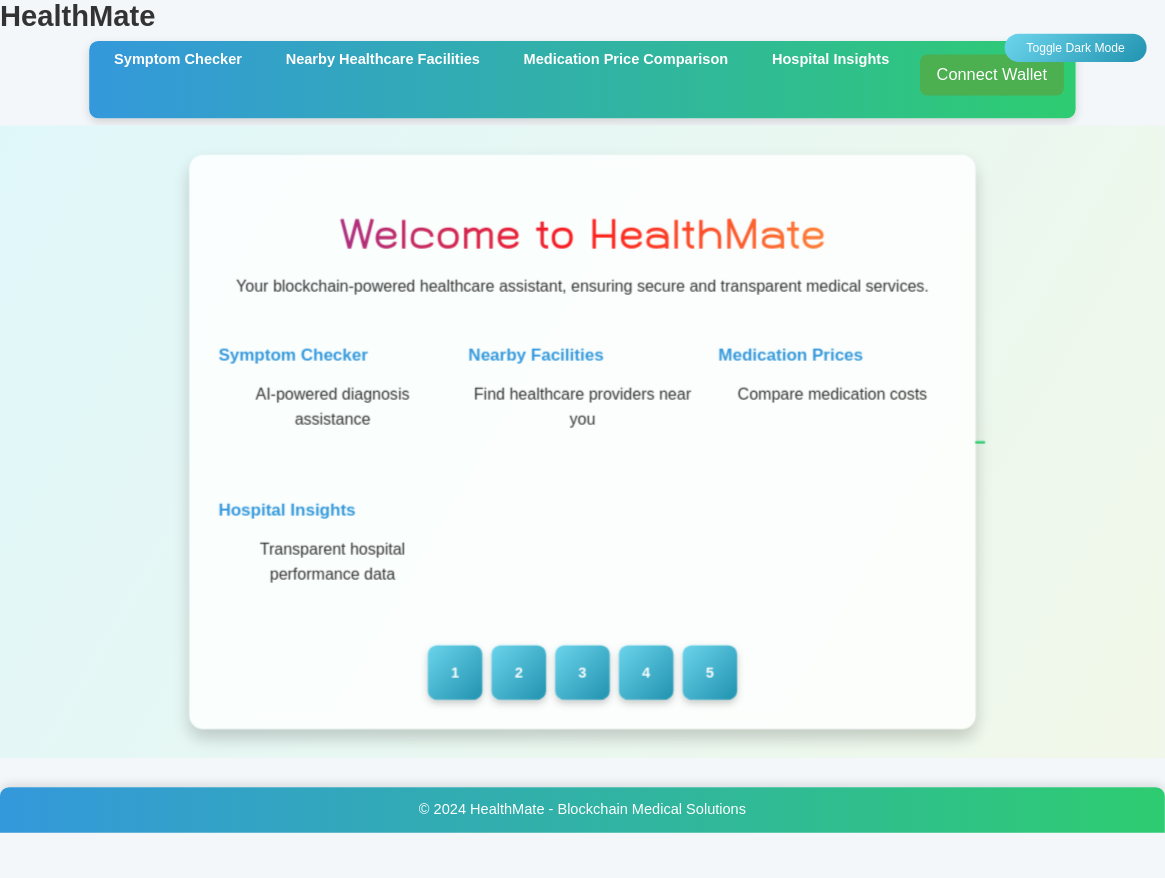
Repository: tmanas06/EP-PROJECT
Page: http://localhost/Medicine_Management_Application/WEB-INF/index.jsp
These files come from the project's save history. The page is drawn as it stood at one moment and after the next save; the edit follows.
The browser window is 1280 px wide. The pictures show the whole page, at 91% of full size.
Some icons come from a web library that is not loaded, so they are not drawn. Some web fonts or font styles are not loaded; a fallback is used. The page is served by Tomcat 9. Nobody is signed in. The template is opened directly, without the code that normally fills it, so the values that code supplies are empty.

Above is the page before, as saved 2024-12-05 17:49:33.

After the next save:
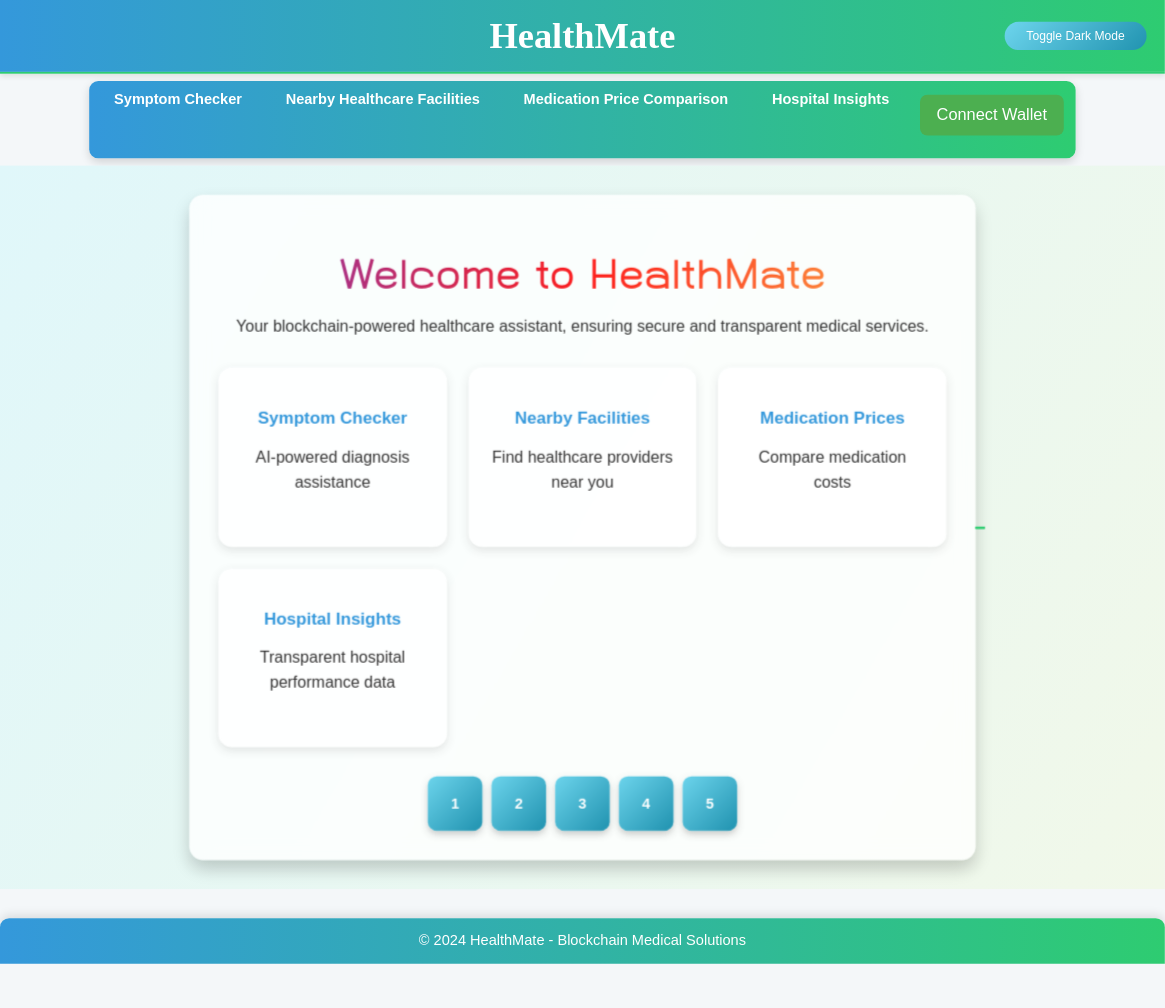
Saved 101 s later.
--- a/Medicine_Management_Application/src/main/webapp/WEB-INF/index.jsp
+++ b/Medicine_Management_Application/src/main/webapp/WEB-INF/index.jsp
@@ -49,7 +49,6 @@
 		    transition: background-color 0.3s, color 0.3s;
 		}
 
-<<<<<<< HEAD
         header {
 		    background-color: var(--primary-color);
 		    color: white;
@@ -107,7 +106,6 @@
     #darkModeToggle:hover {
         background-color: #219653; /* Slightly darker green on hover */
     }
-=======
 		header {
 		    background: var(--navbar-gradient);
 		    color: white;
@@ -119,8 +117,6 @@
 		    border-bottom: 2px solid var(--secondary-color);
 		    box-shadow: 0 4px 6px rgba(0, 0, 0, 0.1);
 		}
->>>>>>> ab8cdcd56d673d7266949ff79f21cc4956d34a29
-
 		.logo {
 		    font-family: 'Cinzel', serif;
 		    font-size: 2.5rem;
@@ -226,7 +222,6 @@
 		    gap: 1.5rem;
 		}
 
-<<<<<<< HEAD
         .feature-item h3 {
             color: var(--primary-color);
             margin-bottom: 0.5rem;
@@ -237,7 +232,6 @@
             justify-content: center;
             margin-top: 2rem;
         }
-=======
 		.feature-item {
 		    background: var(--content-background);
 		    border-radius: 15px;
@@ -247,7 +241,6 @@
 		    border: 1px solid rgba(255, 255, 255, 0.2);
 		    box-shadow: 0 4px 10px rgba(0, 0, 0, 0.1);
 		}
->>>>>>> ab8cdcd56d673d7266949ff79f21cc4956d34a29
 
 		.feature-item:hover {
 		    transform: translateY(-5px);
